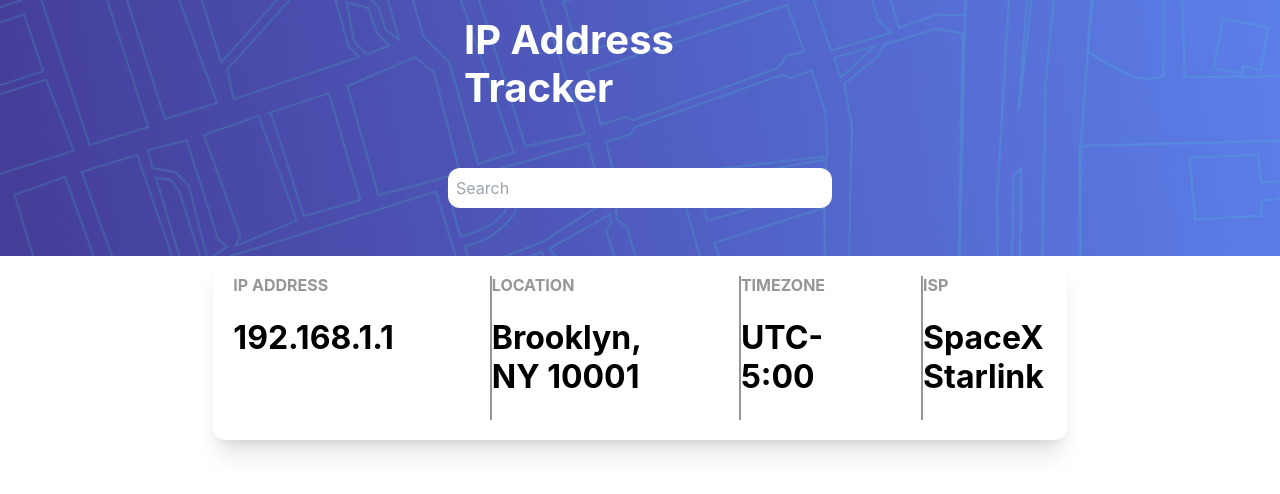
Repository: Dealsy/IP-Tracker
Page: /
These files come from the project's save history. The page is drawn as it stood at one moment and after the next save; the edit follows.
The browser window is 1280 px wide. The pictures show the whole page.
The project was rebuilt for these pictures with package versions that can differ from the ones it lists, and the page was loaded fresh each time. The framework's server and built-in components were replaced by stand-ins that run in the browser. Also part of the build but not shown: next.config.js.

Above is the page before, as saved 2022-04-21 22:04:01.

### pages/index.js
import Head from "next/head";

export default function Home() {
  return (
    <div>
      <Head>
        <title>Create Next App</title>
        <meta name="description" content="Generated by create next app" />
        <link rel="icon" href="/favicon.ico" />
      </Head>

      <main>
        <div className="bg-Backdrop h-64 bg-no-repeat	 bg-cover">
          <h1 className="text-white w-96 m-auto p-4">IP Address Tracker</h1>
          <div className="w-96 m-auto">
            <input
              className="p-2 w-96 mt-10 rounded-xl"
              type="search"
              placeholder="Search"
            />
          </div>
        </div>

        <div className="flex flex-row justify-evenly border-0 shadow-xl w-4/6 m-auto rounded-xl p-5">
          <div className=" border-r-2 border-Gray pr-24">
            <h3>IP ADDRESS</h3>
            <h2> 192.168.1.1 </h2>
          </div>
          <div className=" border-r-2 border-Gray pr-24">
            <h3> LOCATION </h3>
            <h2> Brooklyn, NY 10001 </h2>
          </div>
          <div className=" border-r-2 border-Gray pr-24">
            <h3>TIMEZONE</h3>
            <h2> UTC-5:00 </h2>
          </div>
          <div>
            <h3>ISP</h3>
            <h2>SpaceX Starlink</h2>
          </div>
        </div>
      </main>

      <footer></footer>
    </div>
  );
}

### styles/globals.css
@tailwind base;
@tailwind components;
@tailwind utilities;


h1 {
  font-size: 2.5rem;
  font-weight: 700;
  line-height: 1.2;
  margin-bottom: 1.5rem;
}

h2 {
  font-size: 2rem;
  font-weight: 700;
  line-height: 1.2;
  margin-bottom: 1.5rem;
}

h3 {
  font-size: 1rem;
  font-weight: 700;
  line-height: 1.2;
  margin-bottom: 1.5rem;
  color: #969696;
}


html,
body {
  padding: 0;
  margin: 0;
  font-family: -apple-system, BlinkMacSystemFont, Segoe UI, Roboto, Oxygen,
    Ubuntu, Cantarell, Fira Sans, Droid Sans, Helvetica Neue, sans-serif;
}

a {
  color: inherit;
  text-decoration: none;
}

* {
  box-sizing: border-box;
}

### tailwind.config.js
module.exports = {
  content: [
    "./pages/**/*.{js,ts,jsx,tsx}",
    "./components/**/*.{js,ts,jsx,tsx}",
  ],
  theme: {
    extend: {
      colors: {
        "Dark-Gray": "#2b2b2b",
        Gray: "#969696",
      },
      backgroundImage: {
        Backdrop: "url('../images/pattern-bg.png')",
      },
      width: {
        100: "28rem",
        105: "29rem",
        110: "30rem",
        115: "31rem",
      },
    },
  },
  plugins: [],
};

Loaded but not shown: pages/_app.js (common file)

After the next save:
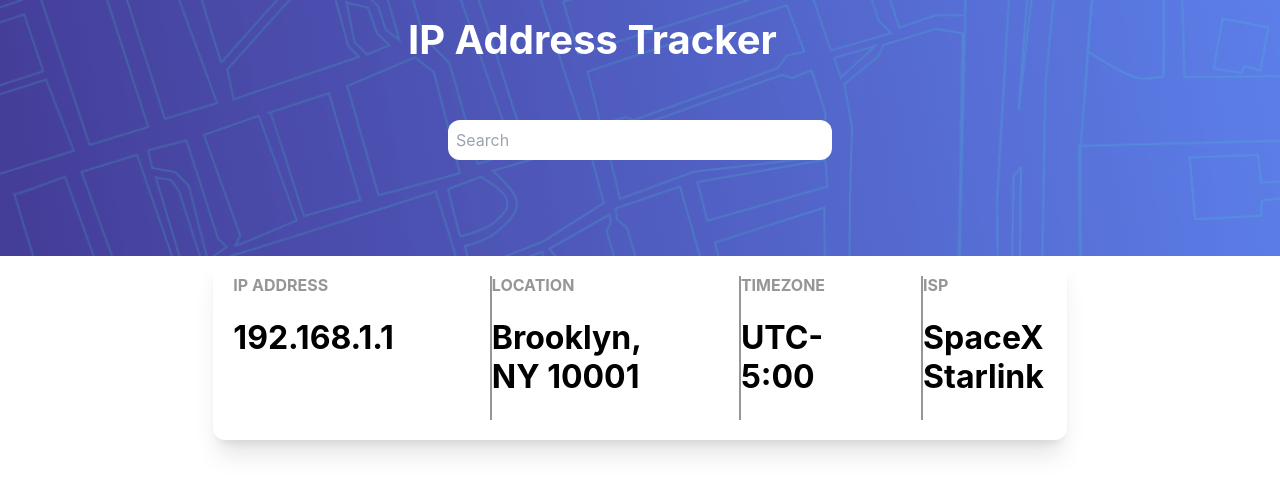
Saved 6 s later.
--- a/pages/index.js
+++ b/pages/index.js
@@ -11,7 +11,7 @@
 
       <main>
         <div className="bg-Backdrop h-64 bg-no-repeat	 bg-cover">
-          <h1 className="text-white w-96 m-auto p-4">IP Address Tracker</h1>
+          <h1 className="text-white w-115 m-auto p-4">IP Address Tracker</h1>
           <div className="w-96 m-auto">
             <input
               className="p-2 w-96 mt-10 rounded-xl"

After the save that followed:
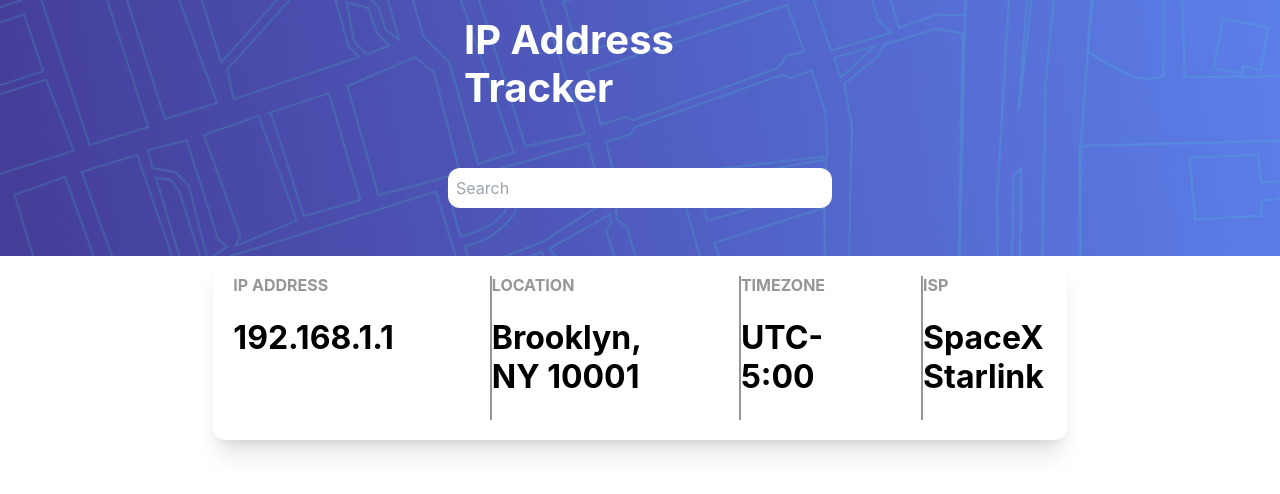
Saved 5 s later.
--- a/pages/index.js
+++ b/pages/index.js
@@ -11,7 +11,7 @@
 
       <main>
         <div className="bg-Backdrop h-64 bg-no-repeat	 bg-cover">
-          <h1 className="text-white w-115 m-auto p-4">IP Address Tracker</h1>
+          <h1 className="text-white w-96 m-auto p-4">IP Address Tracker</h1>
           <div className="w-96 m-auto">
             <input
               className="p-2 w-96 mt-10 rounded-xl"
